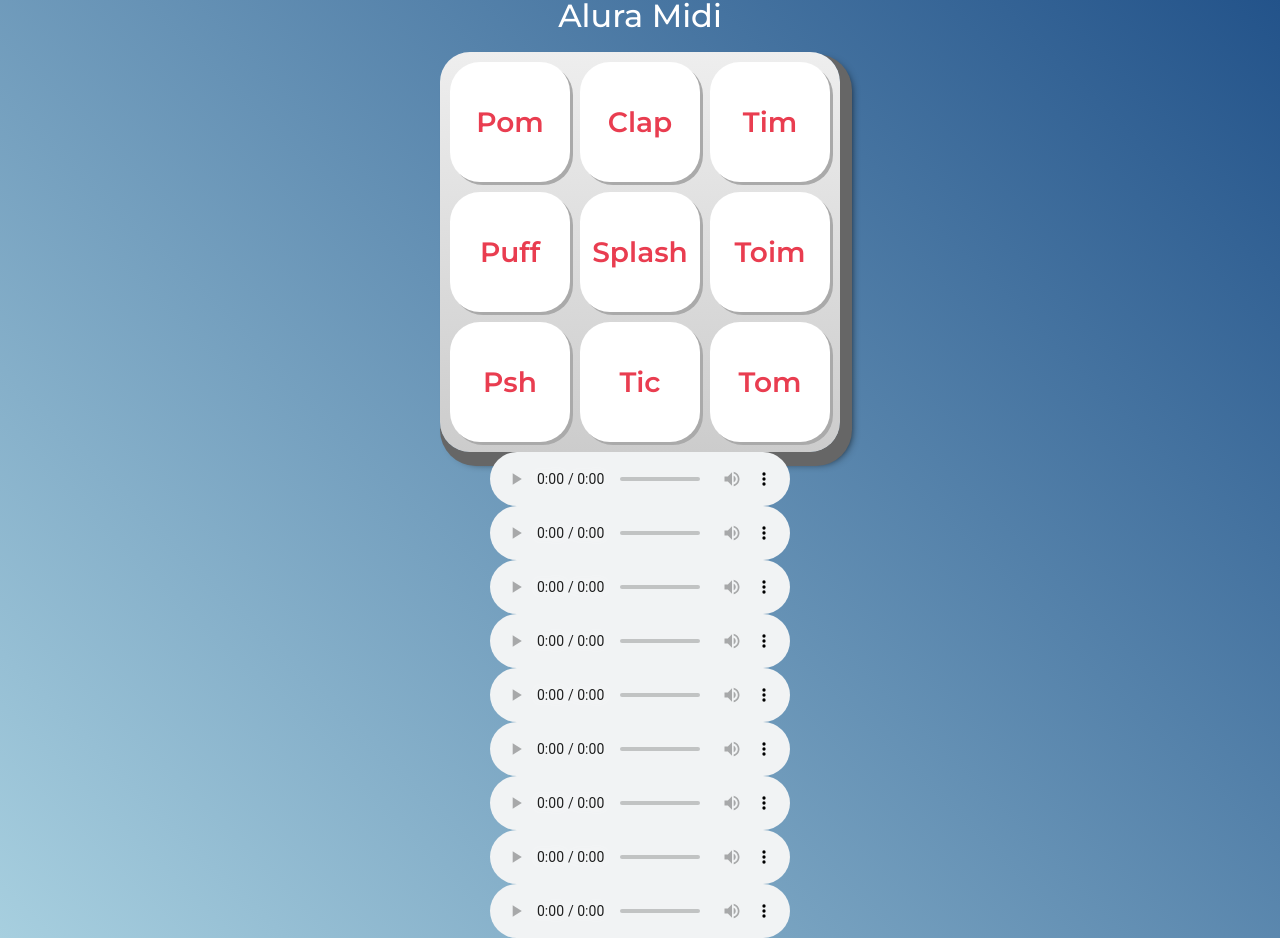
Repository: raphaanunes/codigos
Page: Cursos JavaScript/JavaScript para Web Crie paginas dinamicas/aluramidi-curso-arquivos-iniciais/index.html
The author's editor kept a copy of each file at every save. The page is drawn from the files as they stood at one save, then again after the next save.
The browser window is 1280 px wide. The pictures show the whole page.

Above is the page before, as saved 2024-08-11 16:15:32.

### Cursos JavaScript/JavaScript para Web Crie paginas dinamicas/aluramidi-curso-arquivos-iniciais/index.html
<!DOCTYPE html>
<html lang="pt-BR">
<head>
    <meta charset="UTF-8">
    <meta http-equiv="X-UA-Compatible" content="IE=edge">
    <meta name="viewport" content="width=device-width, initial-scale=1.0">

    <title>Alura MIDI</title>

    <link rel="preconnect" href="https://fonts.googleapis.com">
    <link rel="preconnect" href="https://fonts.gstatic.com" crossorigin>
    <link href="https://fonts.googleapis.com/css2?family=Montserrat:wght@500;600&display=swap" rel="stylesheet">

    <link rel="icon" type="image/png" href="images/bateria.png">
    <link rel="stylesheet" href="css/reset.css">
    <link rel="stylesheet" href="css/estilos.css">

</head>
<body>

    <h1>Alura Midi</h1>

    <section class="teclado">
        <button class="tecla tecla_pom">Pom</button>
        <button class="tecla tecla_clap">Clap</button>
        <button class="tecla tecla_tim">Tim</button>

        <button class="tecla tecla_puff">Puff</button>
        <button class="tecla tecla_splash">Splash</button>
        <button class="tecla tecla_toim">Toim</button>

        <button class="tecla tecla_psh">Psh</button>
        <button class="tecla tecla_tic">Tic</button>
        <button class="tecla tecla_tom">Tom</button>
    </section>

    <audio controls src="sounds/keyq.wav" id="som_tecla_pom"></audio>
    <audio controls src="sounds/keyw.wav" id="som_tecla_clap"></audio>
    <audio controls src="sounds/keye.wav" id="som_tecla_tim"></audio>
    <audio controls src="sounds/keya.wav" id="som_tecla_puff"></audio>
    <audio controls src="sounds/keys.wav" id="som_tecla_splash"></audio>
    <audio controls src="sounds/keyd.wav" id="som_tecla_toim"></audio>
    <audio controls src="sounds/keyz.wav" id="som_tecla_psh"></audio>
    <audio controls src="sounds/keyx.wav" id="som_tecla_tic"></audio>
    <audio controls src="sounds/keyc.wav" id="som_tecla_tom"></audio>

</body>
</html>

### Cursos JavaScript/JavaScript para Web Crie paginas dinamicas/aluramidi-curso-arquivos-iniciais/css/estilos.css
:root {
  --cinza: #aaa;
  --vermelha: #e93d50;
  --vermelha-escura: #af303f;
  --branca: #fff;
  --luz: rgb(229, 255, 0);
}

body {
  align-items: center;
  background: linear-gradient(45deg, #a7cfdf 0%,#23538a 100%);
  display: flex;
  justify-content: center;
  flex-direction: column;
  font-family: 'Montserrat', sans-serif;
  min-height: 100vh;
}

h1 {
  color: var(--branca);
  margin-bottom: 20px;
  font-size: 2rem;
}

.teclado {
  background: linear-gradient(to bottom, #eeeeee 0%,#cccccc 100%);
  box-shadow: 6px 8px 0 6px #666, 10px 10px 10px #000;
  border-radius: 30px;
  display: grid;
  gap: 10px;
  grid-template-columns: repeat(3, 1fr);
  padding: 10px;
}

.tecla {
  background-color: var(--branca);
  border-radius: 30px;
  box-shadow: 3px 3px 0 var(--cinza);
  color: var(--vermelha);
  cursor: pointer;
  height: 120px;
  font-size: 1.75em;
  font-weight: bold;
  line-height: 120px;
  text-align: center;
  width: 120px;
}

.tecla.ativa,
.tecla:active {
  background-color: var(--vermelha);
  border: 4px solid  var(--vermelha);
  box-shadow: 3px 3px 0 var(--vermelha-escura) inset;
  color: var(--branca);
  outline: none;
}

.tecla.focus,
.tecla:focus {
  outline: none;
  box-shadow: 1px 1px 10px var(--luz);
}

.tecla.active:focus,
.tecla:active:focus {
  box-shadow: 3px 3px 0 var(--vermelha-escura) inset, 1px 1px 10px var(--luz);
}

Loaded but not shown: Cursos JavaScript/JavaScript para Web Crie paginas dinamicas/aluramidi-curso-arquivos-iniciais/css/reset.css (common file)

After the next save:
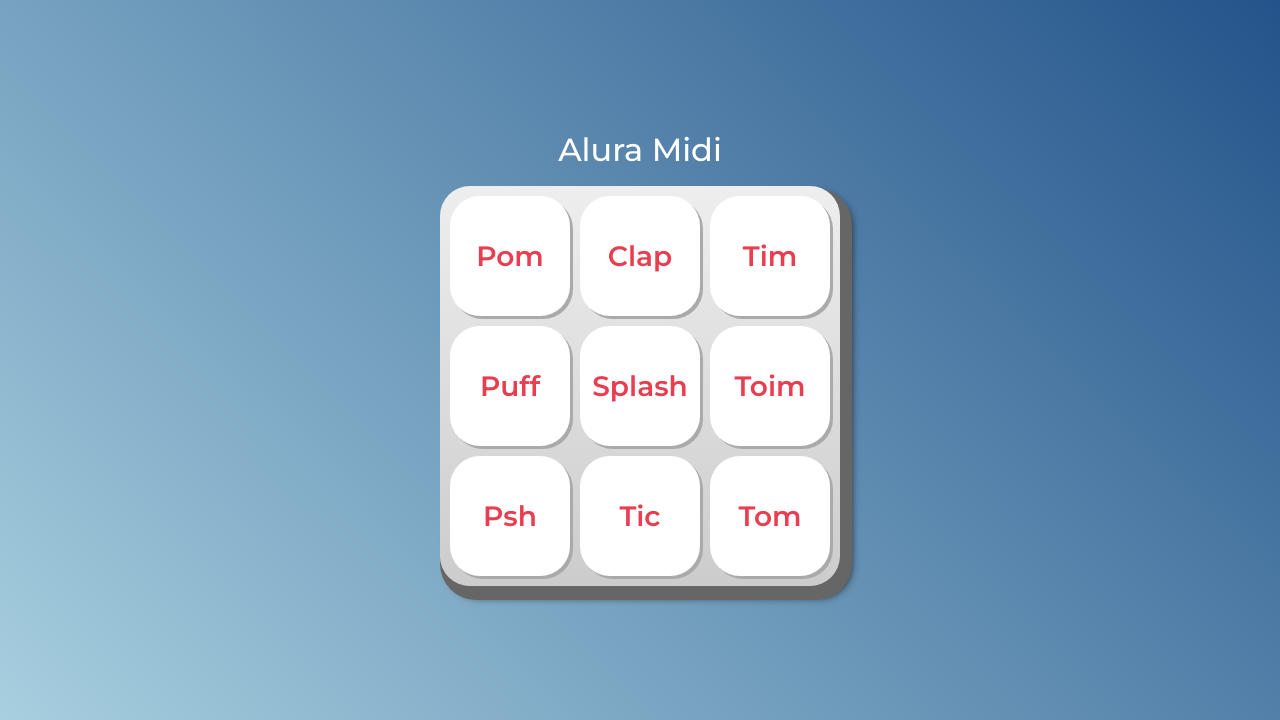
Saved 2 min 37 s later.
--- a/Cursos JavaScript/JavaScript para Web Crie paginas dinamicas/aluramidi-curso-arquivos-iniciais/index.html
+++ b/Cursos JavaScript/JavaScript para Web Crie paginas dinamicas/aluramidi-curso-arquivos-iniciais/index.html
@@ -34,15 +34,15 @@
         <button class="tecla tecla_tom">Tom</button>
     </section>
 
-    <audio controls src="sounds/keyq.wav" id="som_tecla_pom"></audio>
-    <audio controls src="sounds/keyw.wav" id="som_tecla_clap"></audio>
-    <audio controls src="sounds/keye.wav" id="som_tecla_tim"></audio>
-    <audio controls src="sounds/keya.wav" id="som_tecla_puff"></audio>
-    <audio controls src="sounds/keys.wav" id="som_tecla_splash"></audio>
-    <audio controls src="sounds/keyd.wav" id="som_tecla_toim"></audio>
-    <audio controls src="sounds/keyz.wav" id="som_tecla_psh"></audio>
-    <audio controls src="sounds/keyx.wav" id="som_tecla_tic"></audio>
-    <audio controls src="sounds/keyc.wav" id="som_tecla_tom"></audio>
+    <audio src="sounds/keyq.wav" id="som_tecla_pom"></audio>
+    <audio src="sounds/keyw.wav" id="som_tecla_clap"></audio>
+    <audio src="sounds/keye.wav" id="som_tecla_tim"></audio>
+    <audio src="sounds/keya.wav" id="som_tecla_puff"></audio>
+    <audio src="sounds/keys.wav" id="som_tecla_splash"></audio>
+    <audio src="sounds/keyd.wav" id="som_tecla_toim"></audio>
+    <audio src="sounds/keyz.wav" id="som_tecla_psh"></audio>
+    <audio src="sounds/keyx.wav" id="som_tecla_tic"></audio>
+    <audio src="sounds/keyc.wav" id="som_tecla_tom"></audio>
 
 </body>
 </html>
